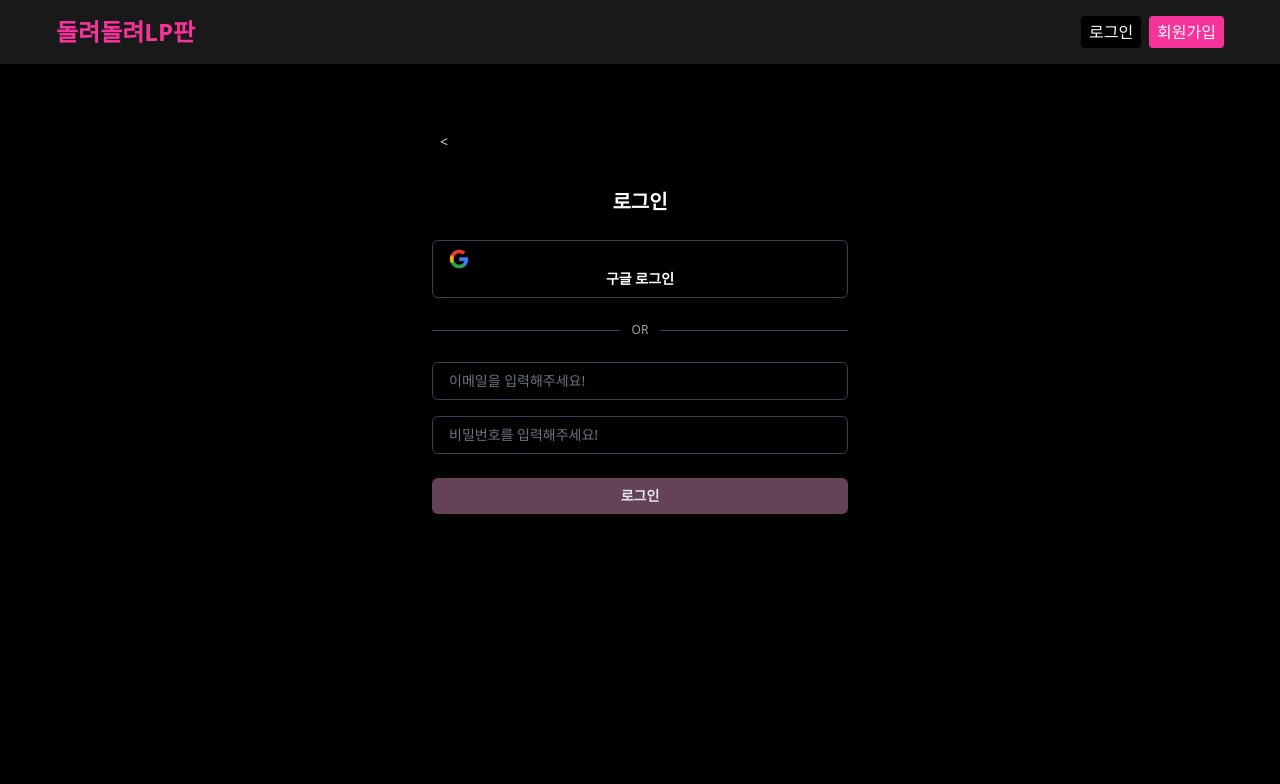
Repository: DSWU-UMC-9th/UMC-9th-Yeon
Page: /login (app in week4/)
An editor plug-in stored every save of this project. The page is shown before and after the next save, followed by the edit.
The browser window is 1280 px wide. The pictures show the whole page.
The project was rebuilt for these pictures with package versions that can differ from the ones it lists, and the page was loaded fresh each time. Also part of the build but not shown: week4/vite.config.ts, week4/src/api/tmdb.ts, week4/src/components/MovieCard.tsx, week4/src/components/Spinner.tsx, week4/src/components/Pager.tsx, week4/src/hooks/useMovies.ts, week4/src/pages/Home.tsx, week4/src/pages/Popular.tsx and 4 more.

Above is the page before, as saved 2025-11-04 23:03:41.

### week4/index.html
<!doctype html>
<html lang="en">
  <head>
    <meta charset="UTF-8" />
    <link rel="icon" type="image/svg+xml" href="/vite.svg" />
    <meta name="viewport" content="width=device-width, initial-scale=1.0" />
    <title>week4</title>
  </head>
  <body>
    <div id="root"></div>
    <script type="module" src="/src/main.tsx"></script>
  </body>
</html>

### week4/src/App.tsx
import { createBrowserRouter, RouterProvider } from "react-router-dom";
import Layout from "./components/Layout";
import Home from "./pages/Home";
import Popular from "./pages/Popular";
import Upcoming from "./pages/Upcoming";
import TopRated from "./pages/TopRated";
import NowPlaying from "./pages/NowPlaying";
import MovieDetail from "./pages/MovieDetail";

import Login from "./pages/Login";

const router = createBrowserRouter([
  {
    path: "/",
    element: <Layout />,
    children: [
      { path: "/", element: <Home /> },
      { path: "popular", element: <Popular /> },
      { path: "upcoming", element: <Upcoming /> },
      { path: "top_rated", element: <TopRated /> },
      { path: "now_playing", element: <NowPlaying /> },
      { path: "movie/:movieId", element: <MovieDetail /> },

      { path: "login", element: <Login /> },
    ],
  },
]);

export default function App() {
  return <RouterProvider router={router} />;
}

### week4/src/components/Layout.tsx
import { Outlet, useLocation } from "react-router-dom";
import Navbar from "./Navbar";

export default function Layout() {
  const { pathname } = useLocation();
  const isMovieDetail = pathname.startsWith("/movie/");
  const isAuthPage = pathname.startsWith("/login") || pathname.startsWith("/signup");

  return (
    <div className={`min-h-screen ${isAuthPage ? "bg-black/50" : isMovieDetail ? "bg-black" : "bg-white"}`}>
      <header
        className={`sticky top-0 z-10 backdrop-blur ${isMovieDetail || isAuthPage ? "bg-black/80" : "bg-gray-100/80"}`}
      >
        <div className="max-w-8xl px-14 py-4 flex items-center justify-between">
          <Navbar />
        </div>
      </header>
      <Outlet />
    </div>
  );
}

### week4/src/pages/Login.tsx
import { useNavigate } from "react-router-dom";
import Button from "../components/forms/Button";
import TextInput from "../components/forms/TextInput";
import { useForm } from "../hooks/useForm";
import googleLogo from "../media/google.svg";

type LoginValues = {
  email: string;
  password: string;
};

const emailRegex = /^[A-Za-z0-9._%+-]+@[A-Za-z0-9.-]+\.[A-Za-z]{2,}$/;

export default function Login() {
  const navigate = useNavigate();

  const { values, errors, touched, isValid, submitting, handleChange, handleBlur, handleSubmit } = useForm<LoginValues>(
    {
      initialValues: { email: "", password: "" },
      validate: (v) => {
        const errs: Partial<Record<keyof LoginValues, string>> = {};
        if (!emailRegex.test(v.email)) {
          errs.email = "올바른 이메일 형식을 입력해주세요.";
        }
        if (v.password.length < 6) {
          errs.password = "비밀번호는 최소 6자 이상이어야 합니다.";
        }
        return errs;
      },
      onSubmit: async ({ email, password }) => {
        // TODO: 실제 로그인 API 연동 위치
        // await api.auth.login({ email, password });
        console.log("login with", email, password);
        // 성공 시 이동
        // navigate("/");
      },
    }
  );

  return (
    <div className="min-h-screen bg-black text-white">
      <div className="mx-auto flex max-w-md flex-col gap-6 px-4 py-16">
        {/* 뒤로가기 */}
        <button
          onClick={() => navigate(-1)}
          className="mb-2 w-fit rounded-md px-2 py-1 text-sm text-gray-300 hover:bg-gray-800"
          aria-label="이전 페이지로 이동"
        >
          &lt;
        </button>

        <h1 className="text-center text-xl font-semibold">로그인</h1>

        {/* 구글 로그인 */}
        <Button
          onClick={() => console.log("google login")}
          className="border border-gray-700 bg-transparent text-gray-200 hover:bg-gray-800"
        >
          <img src={googleLogo} alt="Google" className="mr-2 h-5 w-5" />
          구글 로그인
        </Button>

        <div className="flex items-center gap-3">
          <div className="h-px flex-1 bg-gray-700" />
          <span className="text-xs text-gray-400">OR</span>
          <div className="h-px flex-1 bg-gray-700" />
        </div>

        <form onSubmit={handleSubmit} className="flex flex-col gap-4">
          <TextInput
            name="email"
            type="email"
            placeholder="이메일을 입력해주세요!"
            value={values.email}
            onChange={handleChange}
            onBlur={handleBlur}
            error={touched.email ? errors.email : undefined}
            aria-invalid={!!(touched.email && errors.email)}
            aria-describedby="email-error"
          />
          <TextInput
            name="password"
            type="password"
            placeholder="비밀번호를 입력해주세요!"
            value={values.password}
            onChange={handleChange}
            onBlur={handleBlur}
            error={touched.password ? errors.password : undefined}
            aria-invalid={!!(touched.password && errors.password)}
            aria-describedby="password-error"
          />

          {/* 로그인 버튼: 이메일 + 비번 모두 유효할 때만 활성화 */}
          <Button type="submit" loading={submitting} disabled={!isValid} className="mt-2">
            로그인
          </Button>
        </form>
      </div>
    </div>
  );
}

### week4/src/components/Navbar.tsx
import { NavLink, useLocation } from "react-router-dom";

export default function Navbar() {
  const { pathname } = useLocation();
  const isMovieDetail = pathname.startsWith("/movie/");
  const isAuthPage = pathname.startsWith("/login") || pathname.startsWith("/signup");
  const linkCls = ({ isActive }: { isActive: boolean }) =>
    isActive
      ? isMovieDetail
        ? "font-semibold text-white"
        : "font-semibold text-green-700"
      : isMovieDetail
      ? "text-gray-500 hover:text-white"
      : "text-gray-500 hover:text-gray-900";

  if (isAuthPage) {
    return (
      <nav className="w-full flex items-center justify-between">
        <div className="text-pink-500 text-2xl font-bold">돌려돌려LP판</div>
        <div className="flex gap-2">
          <NavLink to="/login" className="bg-black text-white px-2 py-1 rounded">
            로그인
          </NavLink>
          <NavLink to="/signup" className="bg-pink-500 text-white px-2 py-1 rounded">
            회원가입
          </NavLink>
        </div>
      </nav>
    );
  }

  return (
    <nav className="w-full flex items-center justify-between">
      <div className="flex gap-4 text-sm">
        <NavLink to="/" end className={linkCls}>
          홈
        </NavLink>
        <NavLink to="/popular" className={linkCls}>
          인기 영화
        </NavLink>
        <NavLink to="/now_playing" className={linkCls}>
          상영 중
        </NavLink>
        <NavLink to="/top_rated" className={linkCls}>
          평점 높은
        </NavLink>
        <NavLink to="/upcoming" className={linkCls}>
          개봉 예정
        </NavLink>
      </div>
      <NavLink to="/login" className={linkCls}>
        로그인
      </NavLink>
    </nav>
  );
}

### week4/src/components/forms/Button.tsx
import React from "react";

type Props = React.ButtonHTMLAttributes<HTMLButtonElement> & {
  loading?: boolean;
};

export default function Button({ loading, disabled, className, children, ...rest }: Props) {
  const isDisabled = loading || disabled;
  return (
    <button
      disabled={isDisabled}
      {...rest}
      className={[
        "w-full rounded-md px-4 py-2 text-sm font-semibold transition",
        isDisabled ? "bg-pink-300/40 cursor-not-allowed text-gray-200" : "bg-pink-500 hover:bg-pink-600 text-white",
        className ?? "",
      ].join(" ")}
    >
      {loading ? "처리 중..." : children}
    </button>
  );
}

### week4/src/components/forms/TextInput.tsx
import React from "react";

type Props = React.InputHTMLAttributes<HTMLInputElement> & {
  label?: string;
  error?: string;
};

export default function TextInput({ label, error, className, ...rest }: Props) {
  return (
    <label className="block w-full">
      {label && <span className="mb-2 block text-sm text-gray-300">{label}</span>}
      <input
        {...rest}
        className={[
          "w-full rounded-md border bg-transparent px-4 py-2 text-sm outline-none transition",
          "placeholder:text-gray-500",
          error ? "border-red-500 focus:border-red-400" : "border-gray-700 focus:border-pink-400",
          className ?? "",
        ].join(" ")}
      />
      {error ? <p className="mt-1 text-xs text-red-400">{error}</p> : null}
    </label>
  );
}

### week4/src/hooks/useForm.ts
/* eslint-disable @typescript-eslint/no-explicit-any */

import { useCallback, useMemo, useState } from "react";

type Errors<T> = Partial<Record<keyof T, string>>;

export function useForm<T extends Record<string, any>>(opts: {
  initialValues: T;
  validate: (values: T) => Errors<T>;
  onSubmit?: (values: T) => void | Promise<void>;
}) {
  const { initialValues, validate, onSubmit } = opts;

  const [values, setValues] = useState<T>(initialValues);
  const [errors, setErrors] = useState<Errors<T>>({});
  const [touched, setTouched] = useState<Record<keyof T, boolean>>(
    Object.keys(initialValues).reduce((acc, k) => {
      (acc as any)[k] = false;
      return acc;
    }, {} as Record<keyof T, boolean>)
  );
  const [submitting, setSubmitting] = useState(false);

  const handleChange = useCallback((e: React.ChangeEvent<HTMLInputElement>) => {
    const { name, value } = e.target;
    setValues((v) => ({ ...v, [name]: value }));
  }, []);

  const handleBlur = useCallback(
    (e: React.FocusEvent<HTMLInputElement>) => {
      const { name } = e.target;
      setTouched((t) => ({ ...t, [name]: true }));
      setErrors(validate(values));
    },
    [validate, values]
  );

  const isValid = useMemo(() => {
    const errs = validate(values);
    return Object.keys(errs).length === 0;
  }, [validate, values]);

  const handleSubmit = useCallback(
    async (e: React.FormEvent) => {
      e.preventDefault();
      const errs = validate(values);
      setErrors(errs);
      setTouched(
        Object.keys(values).reduce((acc, k) => {
          (acc as any)[k] = true;
          return acc;
        }, {} as Record<keyof T, boolean>)
      );
      if (Object.keys(errs).length > 0) return;

      if (!onSubmit) return;
      try {
        setSubmitting(true);
        await onSubmit(values);
      } finally {
        setSubmitting(false);
      }
    },
    [onSubmit, validate, values]
  );

  return { values, errors, touched, isValid, submitting, handleChange, handleBlur, handleSubmit, setValues };
}

Loaded but not shown: week4/src/main.tsx (common file); week4/src/index.css (common file)

After the next save:
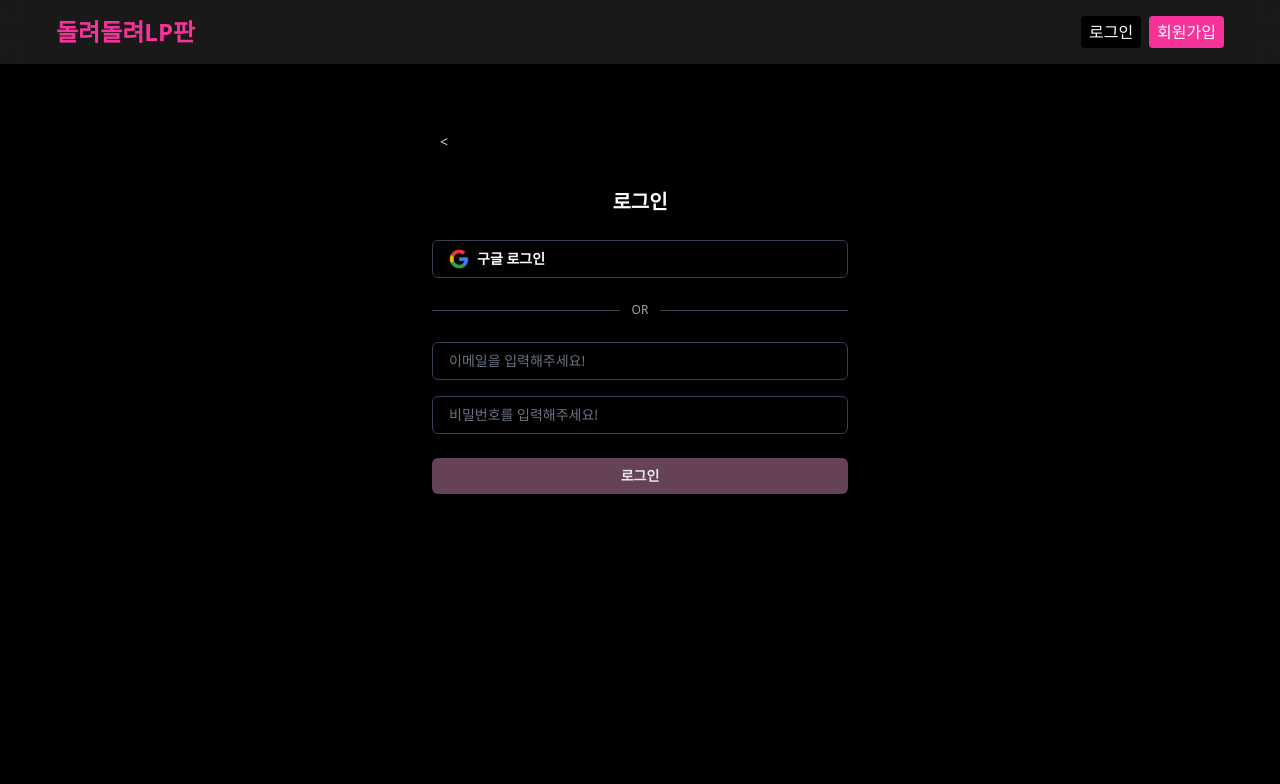
Saved 21 s later.
--- a/week4/src/pages/Login.tsx
+++ b/week4/src/pages/Login.tsx
@@ -54,7 +54,7 @@ export default function Login() {
         {/* 구글 로그인 */}
         <Button
           onClick={() => console.log("google login")}
-          className="border border-gray-700 bg-transparent text-gray-200 hover:bg-gray-800"
+          className="border border-gray-700 bg-transparent text-gray-200 hover:bg-gray-800 flex items-center"
         >
           <img src={googleLogo} alt="Google" className="mr-2 h-5 w-5" />
           구글 로그인
